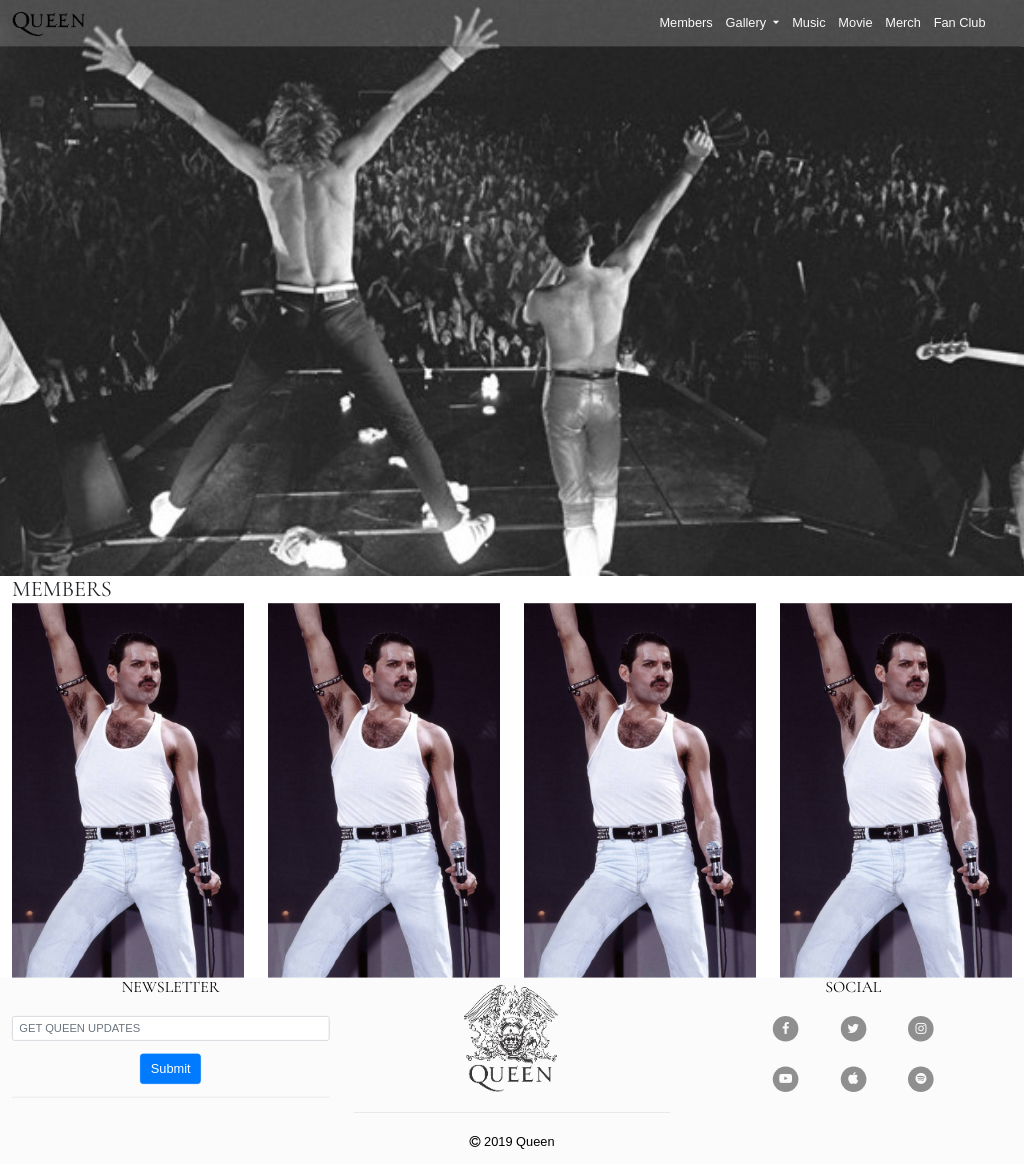
Repository: Olan1/Queen---The-Unofficial-Site
Page: index.html
The author's editor kept a record of every edit. The page is drawn from the files as they stood at one moment, then again after the next edit.
The browser window is 1280 px wide. The pictures show the whole page, at 80% of full size.
Backgrounds fixed to the window are drawn as part of the page.

Above is the page before.

After the next edit:
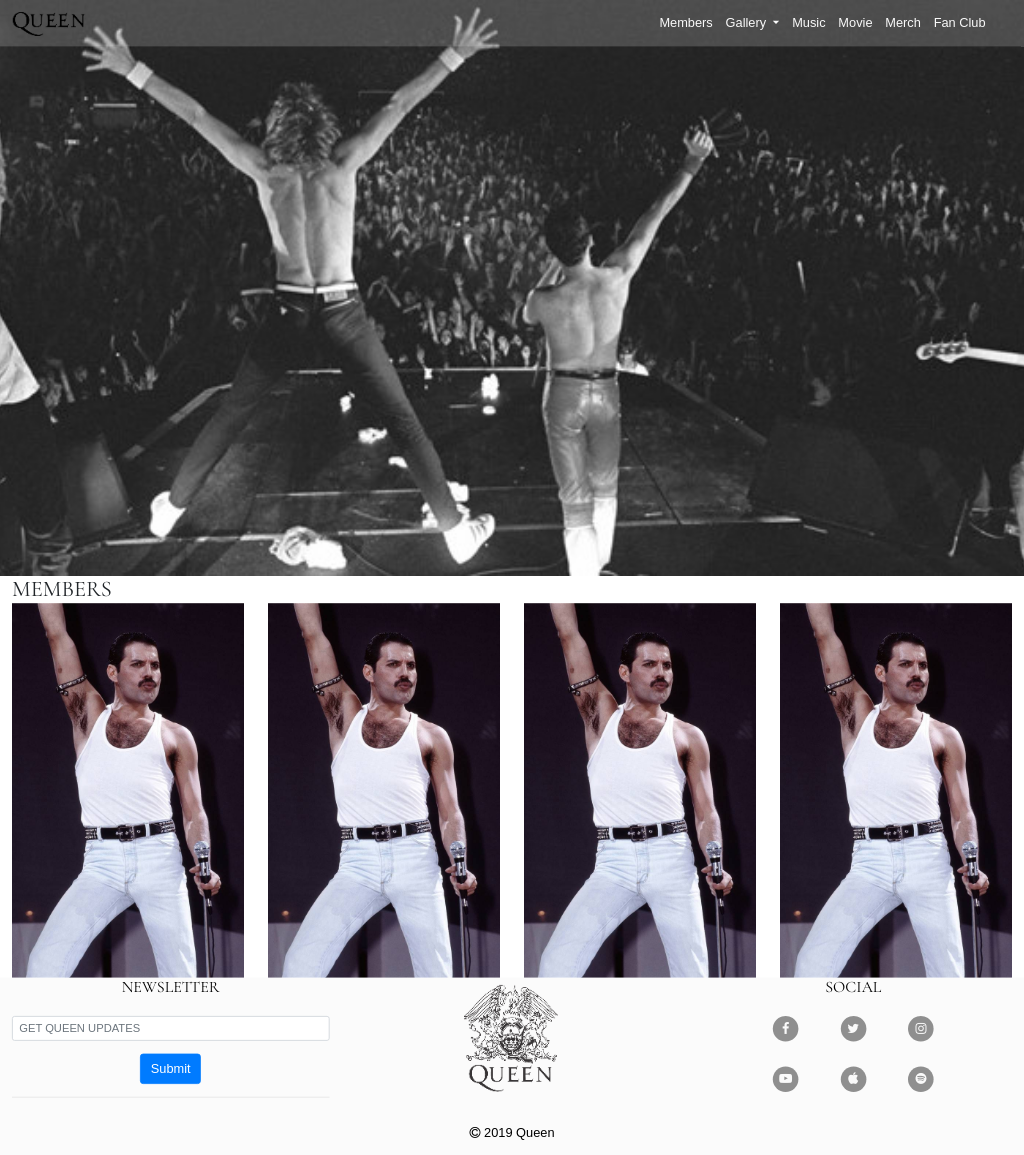
The edit:
--- a/index.html
+++ b/index.html
@@ -127,7 +127,7 @@
                 <a href="index.html">
                     <img src="assets/images/queen-coatOfArms.png" alt="image unavailable">
                 </a>
-                <hr>
+                <hr class="d-sm-none">
             </div>
 
 
